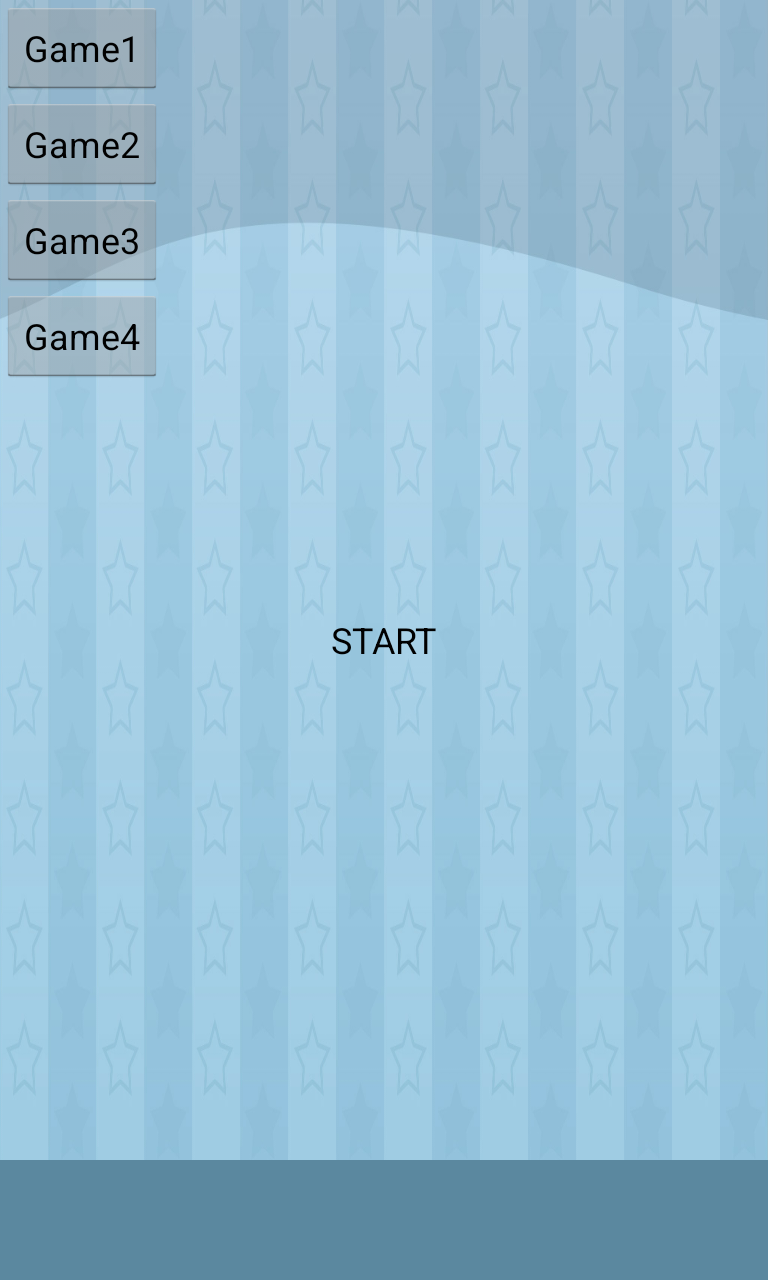
Repository: DimaPetrov/android
Layout: newapp/res/layout/activity_main.xml
An editor plug-in stored every save of this project. The layout is shown before and after the next save, followed by the edit.
It is drawn on a 768 x 1280 px phone screen (xhdpi) without system bars, with theme AppTheme; the app's code is not run.

Above is the layout before, as saved 2012-10-24 15:24:56.

### newapp/res/layout/activity_main.xml
<RelativeLayout xmlns:android="http://schemas.android.com/apk/res/android"
    xmlns:tools="http://schemas.android.com/tools"
    android:id="@+id/mainlay"
    android:layout_width="match_parent"
    android:layout_height="match_parent"
    android:background="@drawable/bg_games_test" >

    <TextView
        android:id="@+id/game1"
        android:layout_width="wrap_content"
        android:layout_height="wrap_content"
        android:layout_centerHorizontal="true"
        android:layout_centerVertical="true"
        android:text="@string/puzzle"
        android:textAppearance="?android:attr/textAppearanceMedium" />

    <Button
        android:id="@+id/button1"
        android:layout_width="wrap_content"
        android:layout_height="wrap_content"
        android:layout_alignParentLeft="true"
        android:layout_alignParentTop="true"
        android:text="@string/g1" />

    <Button
        android:id="@+id/button2"
        android:layout_width="wrap_content"
        android:layout_height="wrap_content"
        android:layout_alignParentLeft="true"
        android:layout_below="@+id/button1"
        android:text="@string/g2" />

    <Button
        android:id="@+id/button3"
        android:layout_width="wrap_content"
        android:layout_height="wrap_content"
        android:layout_alignParentLeft="true"
        android:layout_below="@+id/button2"
        android:text="@string/g3" />

    <Button
        android:id="@+id/button4"
        android:layout_width="wrap_content"
        android:layout_height="wrap_content"
        android:layout_alignParentLeft="true"
        android:layout_below="@+id/button3"
        android:text="@string/g4" />

</RelativeLayout>

### newapp/res/values/strings.xml
<resources>

    <string name="app_name">newapp</string>
    <string name="hello_world">Hello world!</string>
    <string name="menu_settings">Settings</string>
    <string name="title_activity_main">MainActivity</string>
    <string name="puzzle">START</string>
    <string name="nul">0</string>
    <string name="chr">Chronometer</string>
    <string name="g1">Game1</string>
    <string name="g2">Game2</string>
    <string name="g3">Game3</string>
    <string name="g4">Game4</string>

</resources>

Loaded but not shown: newapp/res/values-v11/styles.xml (common file); newapp/res/values-v14/styles.xml (common file); newapp/res/values/styles.xml (common file)

After the next save:
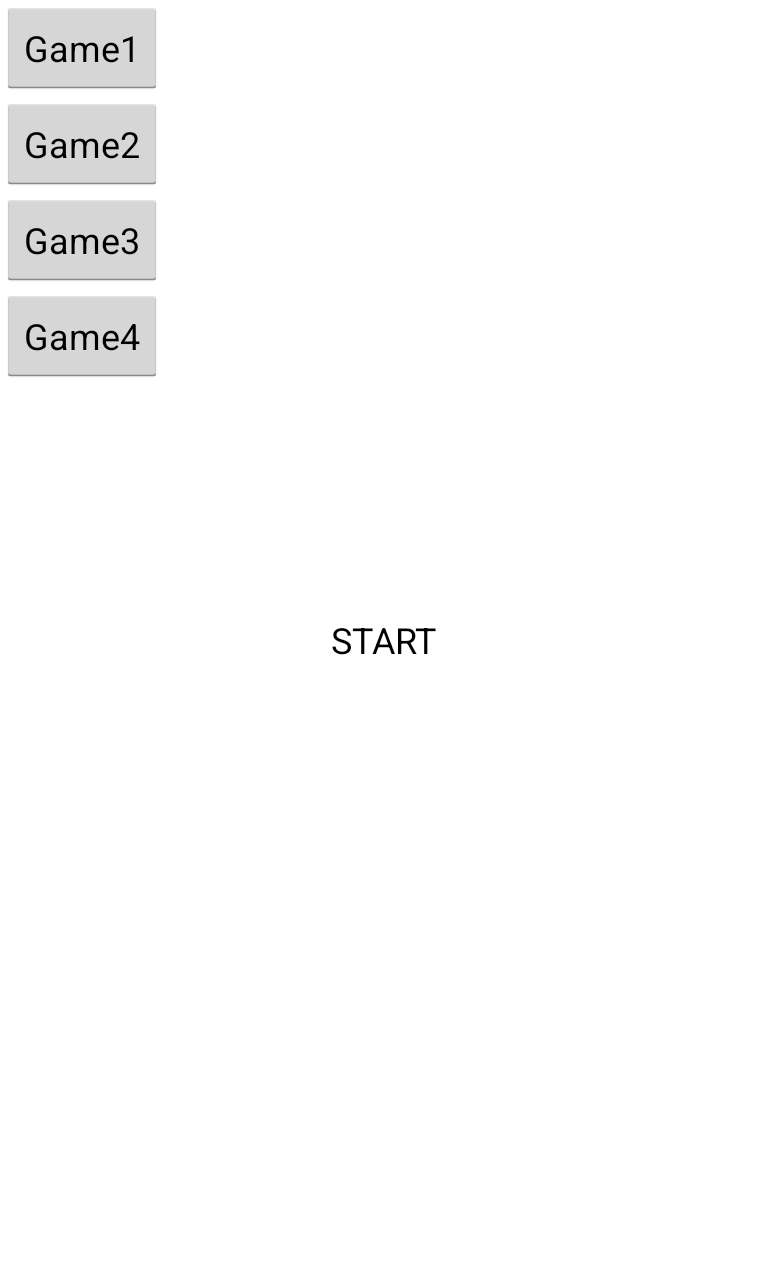
Saved 8 min 54 s later.
--- a/newapp/res/layout/activity_main.xml
+++ b/newapp/res/layout/activity_main.xml
@@ -2,8 +2,7 @@
     xmlns:tools="http://schemas.android.com/tools"
     android:id="@+id/mainlay"
     android:layout_width="match_parent"
-    android:layout_height="match_parent"
-    android:background="@drawable/bg_games_test" >
+    android:layout_height="match_parent" >
 
     <TextView
         android:id="@+id/game1"
